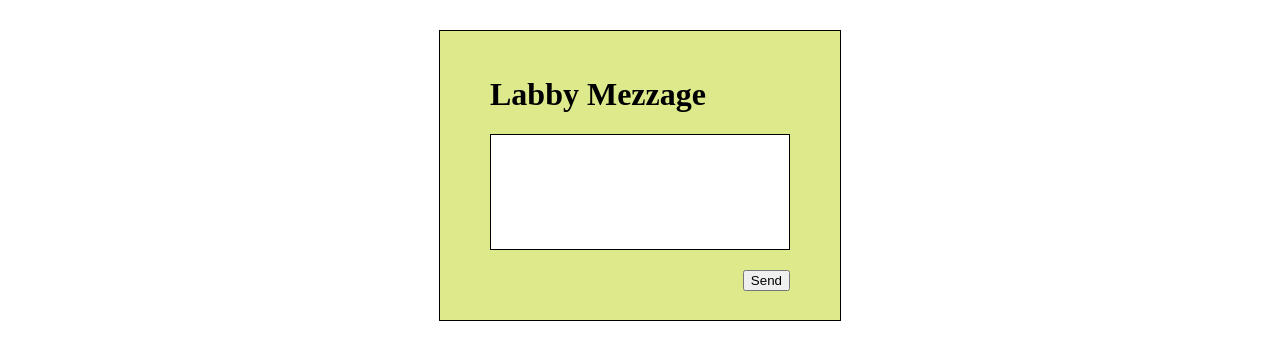
Repository: ml223nw/1dv403-laborationer
Page: 2-labbymezzage/index.html
The author's editor kept a record of every edit. The page is drawn from the files as they stood at one moment, then again after the next edit.
The browser window is 1280 px wide. The pictures show the whole page.

Above is the page before.

### 2-labbymezzage/index.html
<!DOCTYPE html>
<html>
    <head>
        <title>Labby Mezzage</title>
        <link rel="stylesheet" type="text/css" href="css/stylesheet.css">
        <script src="js/application.js"></script>
        <script src="js/message.js"></script>
    </head>
    <body>
        <div id="container">
            <div id="content">
                <div id="message">
                <h1>Labby Mezzage</h1>
                </div>
                <form>
                    <p>
                        <textarea rows="10" cols="100" id="input"></textarea>
                    </p>
                    <p>
                        <input type="submit" value="Send" id="sendbutton">
                    </p>
                </form>
            </div>
        </div>
    </body>
</html>

### 2-labbymezzage/css/stylesheet.css
h1 {
    margin-top: -5px;
}

#container {
    margin-top: 30px;
    border: 1px solid;
    padding: 50px;
    max-width: 300px;
    margin-left: auto;
    margin-right: auto;
    background-color: #DEE98B;
}

#input {
    max-width: 294px;
    max-height: 110px;
    margin-left: auto;
    margin-right: auto;
}

textarea {
    resize: none;
    border: 1px solid black;
}

#sendbutton {
    float: right;
}

### 2-labbymezzage/js/application.js
var application = {
    init: function() {
        alert("Hej hej");
    }
};

window.onload = application.init;

### 2-labbymezzage/js/message.js
"use strict";

function Message(message, date) {

    this.getText = function() {
        return message;
    }

    this.setText = function(_text) {
        message = _text;
    }

    this.getDate = function() {
        return date;
    }

    this.setDate = function(_date) {
        date = _date;
    }

    Message.prototype.toString = function() {
        return this.getText()+" ("+this.getDate()+")";
    }

    Message.prototype.getHTMLText = function() {
        return this.getText()+" ("+this.getDate()+")<br/>";
    }

    Message.prototype.getDateText = function() {
        return " ("+this.getDate()+")";
    };

    var mess = new Message("Testmeddelande", new Date());
    alert(mess)
    alert(mess.getText());
    mess.setText("En annan text");
    alert(mess)

}

After the next edit:
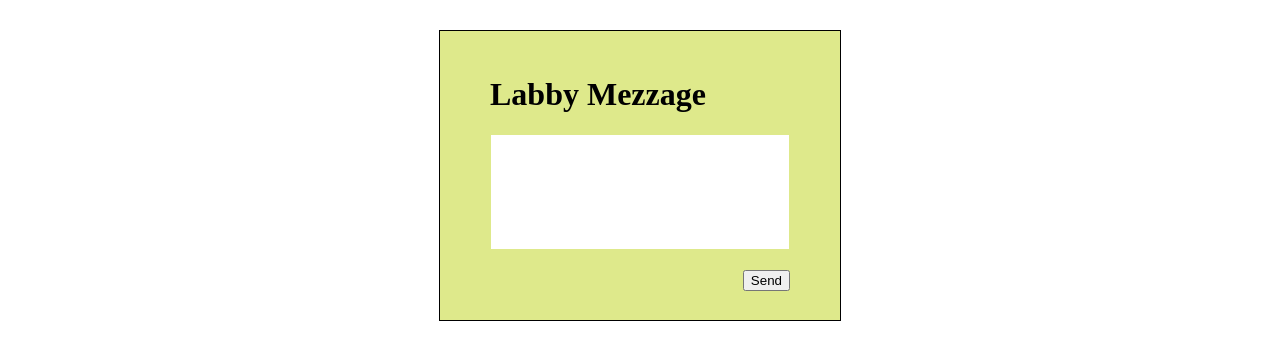
The edit:
--- a/2-labbymezzage/css/stylesheet.css
+++ b/2-labbymezzage/css/stylesheet.css
@@ -21,7 +21,7 @@
 
 textarea {
     resize: none;
-    border: 1px solid black;
+    border: 1px solid #DEE98B;
 }
 
 #sendbutton {
